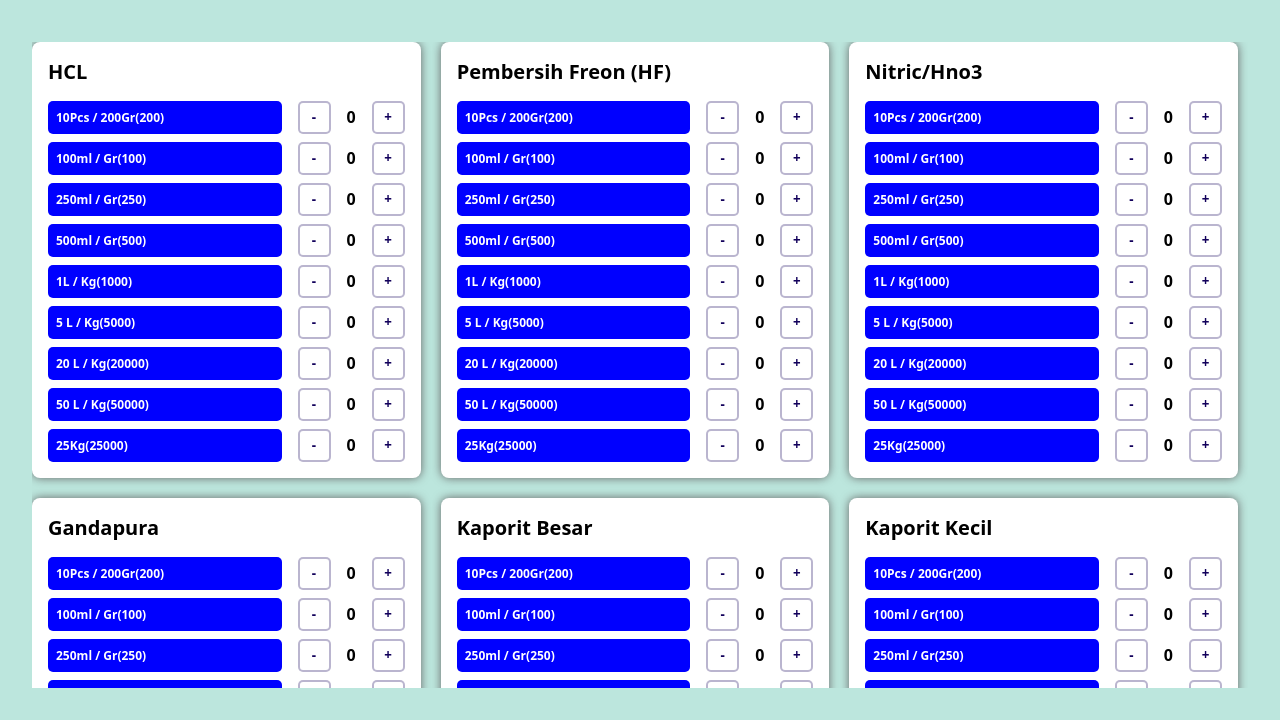
Repository: zuraniumlab-design/upstock-amsk
Page: /
These files come from the project's save history. The page is drawn as it stood at one moment and after the next save; the edit follows.
The browser window is 1280 px wide. The pictures show the whole page.
An inner scrolling area shows only its first screen. The project was rebuilt for these pictures with package versions that can differ from the ones it lists, and the page was loaded fresh each time. Also part of the build but not shown: vite.config.js.

Above is the page before, as saved 2026-06-18 17:04:42.

### index.html
<!doctype html>
<html lang="en">
  <head>
    <meta charset="UTF-8" />
    <link rel="icon" type="image/svg+xml" href="/favicon.svg" />
    <meta name="viewport" content="width=device-width, initial-scale=1.0" />
    <meta name="author" content="muhammad hakim ilahi">
    <title>UpStock</title>
  </head>
  <body>
    <div id="root"></div>
    <script type="module" src="/src/main.jsx"></script>
  </body>
</html>

### src/main.jsx
import { StrictMode } from 'react'
import { createRoot } from 'react-dom/client'
import './index.css'
import App from './App.jsx'
import { RouterProvider } from 'react-router-dom'
import router from './router.jsx'

createRoot(document.getElementById('root')).render(
  <RouterProvider router={router}></RouterProvider>
)

### src/index.css
* {
  box-sizing: border-box;
  font-family: system-ui, -apple-system, BlinkMacSystemFont, 'Segoe UI', Roboto, Oxygen, Ubuntu, Cantarell, 'Open Sans', 'Helvetica Neue', sans-serif;
}

body {
  margin: 0;
}

div {
  display: flex;
}

### src/router.jsx
import { createBrowserRouter } from "react-router-dom";
import App from "./App";


const router = createBrowserRouter([
  {
    element: <App />,
    path: '/'
  }
])

export default router

### src/App.module.css
.container {
  background-color: #bce6dd;
  height: 100vh;
  width: 100vw;
  padding: 2rem;
}

/*? SIDEBAR START */
.sidebar {

}
/*? SIDEBAR END */

.content {
  height: calc(100vh - 4rem);
  width: 100%;
  overflow: hidden;
  position: relative;
  flex-direction: column;
}

.head {
  height: 10px;
}

.items {
  height: 100%;
  width: calc(100vw - 4rem);
  padding-right: 10px;
  overflow-y: auto;
  overflow-x: hidden;
  gap: 20px;
  flex-wrap: wrap;
}
.item {
  background-color: #fff;
  padding: 1rem;
  border-radius: 8px;
  width: fit-content;
  min-width: 30vw;
  flex-direction: column;
  justify-content: space-between;
  flex: 1;
  gap: 1rem;
  box-shadow: 0 0 10px #666;
}

.product {
  font-size: 20px;
  font-weight: bold;
}

.weights {
  justify-content: space-between;
  gap: 0.5rem;
  flex-direction: column;
  flex: 1;
}

.weight {
  gap: 1rem;
}

.display {
  flex: 1;
  background-color: blue;
  border-radius: 5px;
  color: white;
  font-weight: bold;
  font-size: 12px;
  align-items: center;
  padding: 0.5rem;
}
.display span {

}

.stock {
  align-items: center;
  justify-content: center;
  gap: 1rem;
}
.stock > * {
  font-weight: bold;
}
.stock button {
  background-color: #fff;
  border: 2px solid #12005b4a;
  height: 100%;
  aspect-ratio: 1 / 1;
  border-radius: 5px;
  display: flex;
  align-items: center;
  justify-content: center;
  color: #12005b;
  cursor: pointer;
}

Loaded but not shown: src/App.jsx (1545 lines, source omitted)

After the next save:
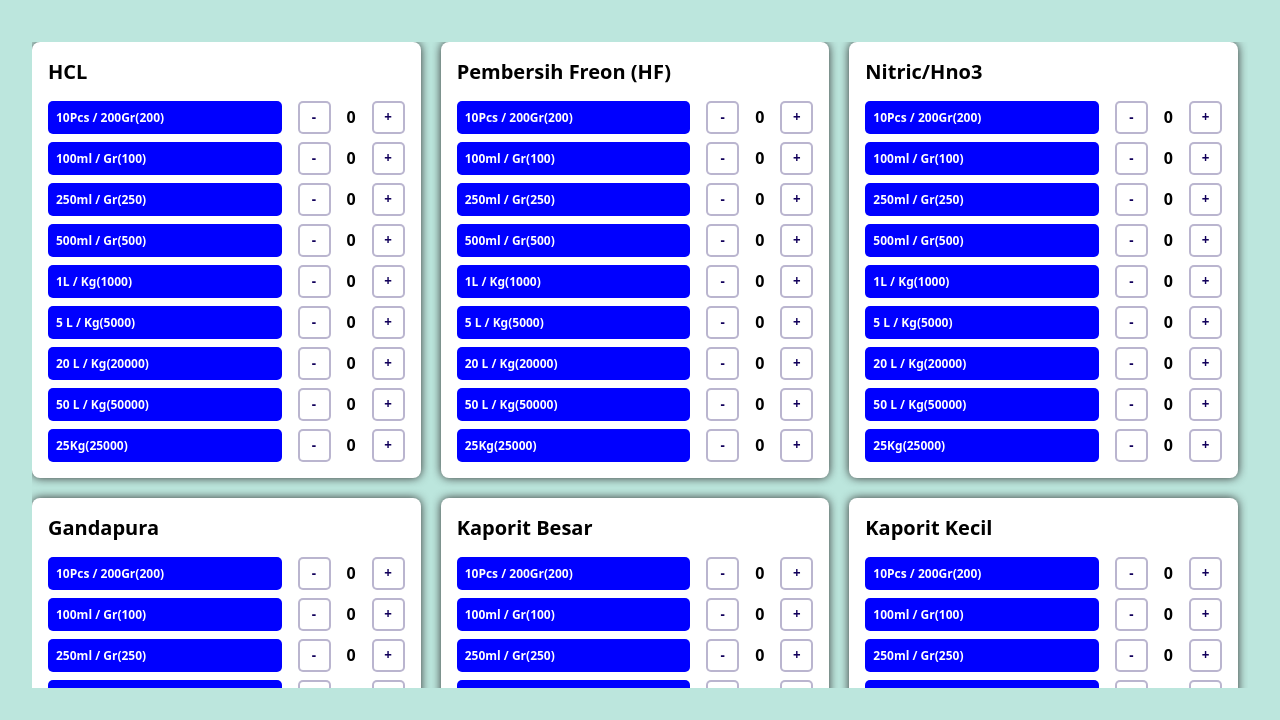
Saved 5 s later.
--- a/src/App.module.css
+++ b/src/App.module.css
@@ -42,7 +42,7 @@
   justify-content: space-between;
   flex: 1;
   gap: 1rem;
-  box-shadow: 0 0 10px #666;
+  box-shadow: 0 0 10px #333;
 }
 
 .product {
